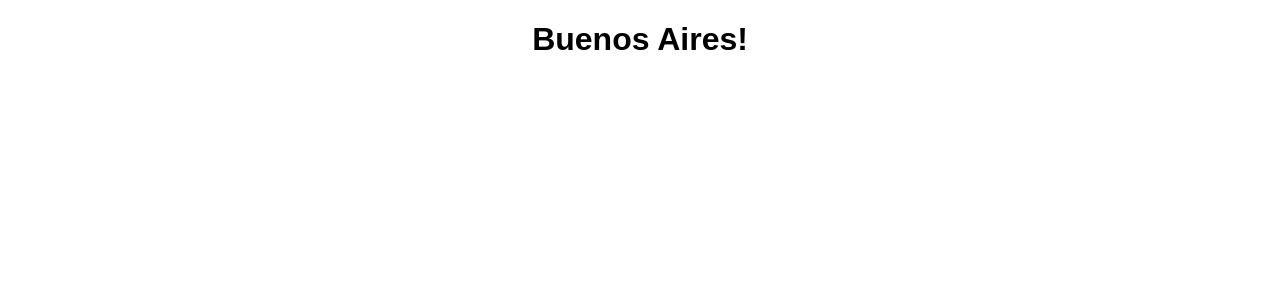
Repository: gustavojuan/REACT-weatherApp
Page: /
The author's editor kept a copy of each file at every save. The page is drawn from the files as they stood at one save, then again after the next save.
The browser window is 1280 px wide. The pictures show the whole page.
The project was rebuilt for these pictures with package versions that can differ from the ones it lists, and the page was loaded fresh each time.

Above is the page before, as saved 2018-07-12 08:24:04.

### src/App.js
import React, { Component } from 'react';
import WeatherLocation from './components/WeatherLocation';
import './App.css';

class App extends Component {
  render() {
    return (
      <div className="App">
        <WeatherLocation></WeatherLocation>
      </div>
    );
  }
}

export default App;

### src/components/WeatherLocation.js
// WeatherLocation
//     Location
//     WeatherData
//         WheatherTemperature
//         WeatherExtraInfo

import React from 'react';
import Location from './Location';

const WeatherLocation = () => (
    <div>
        <Location></Location>
    </div>
)
export default WeatherLocation;

### src/components/Location.js
import React from 'react';

const Location = ()=>(
    <div><h1>Buenos Aires!</h1></div>
)

export default Location;

### src/components/WeatherData.js
import React from 'react';

const WeatherData = () => (
    <div>eatherData</div>
)

export default WeatherData;

Loaded but not shown: public/index.html (common file); src/index.js (common file); src/index.css (common file); src/registerServiceWorker.js (common file); src/App.css (common file)

After the next save:
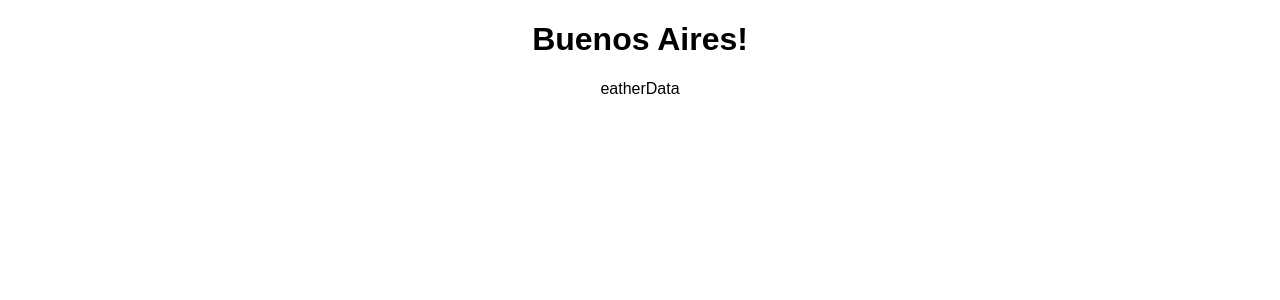
Saved 43 s later.
--- a/src/components/WeatherLocation.js
+++ b/src/components/WeatherLocation.js
@@ -6,10 +6,12 @@
 
 import React from 'react';
 import Location from './Location';
+import WeatherData from './WeatherData';
 
 const WeatherLocation = () => (
     <div>
         <Location></Location>
+        <WeatherData></WeatherData>
     </div>
 )
 export default WeatherLocation;
